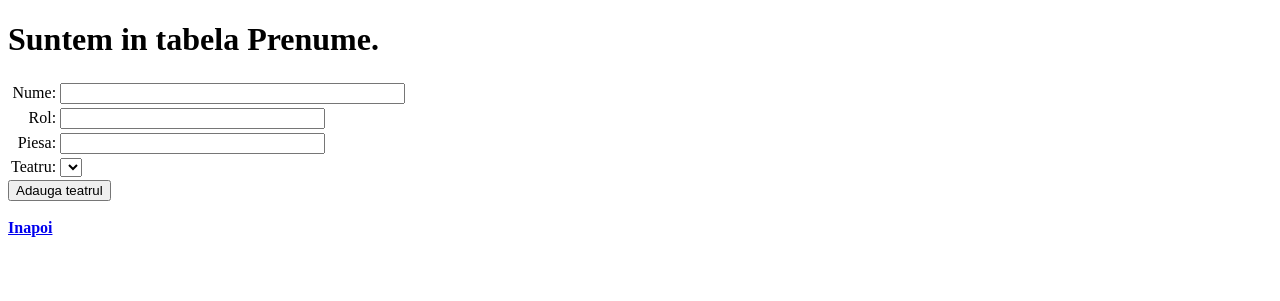
Repository: SusStefan/ActorDB
Page: http://localhost/Actori/adauga_actor.jsp
These files come from the project's save history. The page is drawn as it stood at one moment and after the next save; the edit follows.
The browser window is 1280 px wide. The pictures show the whole page.
The page is served by Tomcat 9. Queries for data that is not in the repository find no rows.

Above is the page before, as saved 2025-12-10 05:55:37.

### Actori/src/main/webapp/adauga_actor.jsp
<%@ page language="java" contentType="text/html; charset=UTF-8" pageEncoding="UTF-8"%>
<%@ page language="java" import="java.lang.*,java.math.*,db.*,java.sql.*, java.io.*, java.util.*"%>
<!DOCTYPE html PUBLIC "-//W3C//DTD HTML 4.01 Transitional//EN" "http://www.w3.org/TR/html4/loose.dtd">
<html>
 <head>
 <meta http-equiv="Content-Type" content="text/html; charset=UTF-8">
 <title>Adauga Actor</title>
 </head>
 <jsp:useBean id="jb" scope="session" class="db.JavaBean" />
 <jsp:setProperty name="jb" property="*" />
 <body>
 <%
 String Nume = request.getParameter("nume");
 String Prenume = request.getParameter("prenume");
 String Rol = request.getParameter("rol");
 String Piesa = request.getParameter("piesa");
 String Teatru = request.getParameter("teatru");
 if (Nume != null) {
 jb.connect();
 jb.adaugaactor(Nume, Prenume,Rol,Piesa,Teatru);
 jb.disconnect();
 %>
 <p>Data: Introdusa cu Succes</p><%
 } else {
 %>
 <h1> Suntem in tabela Prenume.</h1>
 <form action="adauga_teatru.jsp" method="post">
 <table>
 <tr>
 <td align="right">Nume:</td>
 <td> <input type="text" name="nume" size="40" /></td>
 </tr>
 <tr>
 <td align="right">Rol:</td>
 <td> <input type="text" name="descriere" size="30" /></td>
 </tr>
  <tr>
 <td align="right">Piesa:</td>
 <td> <input type="text" name="adresa" size="30" /></td>
 </tr>
  <tr>
 <td align="right">Teatru:</td>
 <td>
    <select name="idteatru" id="idteatru_choice">
        <%
        // 1. Get the list of cities
        jb.connect();
        ResultSet rsTeatre = jb.vedeTeatre();

        // 2. Loop through the results to create <option> tags
        while (rsTeatre.next()) {
            long id = rsTeatre.getLong("idteatru");
            String numeTeatru = rsTeatre.getString("nume");
        %>
            <option value="<%= id %>"><%= numeTeatru %></option>
        <%
        }
        rsTeatre.close();

        // IMPORTANT: Close the connection if not handled globally
        jb.disconnect();
        %>
    </select>
</td>
 </tr>
 </table>
 <input type="submit" value="Adauga teatrul" />
 </form>
 <%
 }
 %>
 <br/>
 <a href="index.html"><b>Inapoi</b></a>
 <br/>
 </body>
</html>

### Actori/src/main/java/db/JavaBean.java
/*
 * Curs3_Eclipse - Valentin Pupezescu
 */
package db;
import java.sql.*;
/**
 *
 * @author vali
 */
public class JavaBean {
	String error;
	Connection con;
	public JavaBean() {
	}
	public void connect() throws ClassNotFoundException, SQLException, Exception {
		try {
			Class.forName("com.mysql.cj.jdbc.Driver");
			con = DriverManager.getConnection("jdbc:mysql://localhost:3306/actori?useSSL=false", "root", "2005");
		} catch (ClassNotFoundException cnfe) {
			error = "ClassNotFoundException: Nu s-a gasit driverul bazei de date.";
			throw new ClassNotFoundException(error);
		} catch (SQLException cnfe) {
			error = "SQLException: Nu se poate conecta la baza de date.";
			throw new SQLException(error);
		} catch (Exception e) {
			error = "Exception: A aparut o exceptie neprevazuta in timp ce se stabilea legatura la baza de date.";
			throw new Exception(error);
		}
	} // connect()
	public void disconnect() throws SQLException {
		try {
			if (con != null) {
				con.close();
			}
		} catch (SQLException sqle) {
			error = ("SQLException: Nu se poate inchide conexiunea la baza de date.");
			throw new SQLException(error);
		}
	} // disconnect()
	public void adaugaOras(String Nume, String Tara)
			throws SQLException, Exception {
		if (con != null) {
			try {
				// creaza un "prepared SQL statement"
				Statement stmt;
				stmt = con.createStatement();
				stmt.executeUpdate("insert into orase(nume,tara) values('" +Nume
		+ "' , '" + Tara + "');");
			} catch (SQLException sqle) {
				error = "ExceptieSQL: Reactualizare nereusita; este posibil sa existe duplicate.";
				throw new SQLException(error);
			}
		} else {
			error = "Exceptie: Conexiunea cu baza de date a fost pierduta.";
			throw new Exception(error);
		}
	} // end of adaugaPacient()

	public void adaugateatru(String Nume, String Descriere, String Adresa, String Oras)
			throws SQLException, Exception {
		if (con != null) {
			try {
				// creaza un "prepared SQL statement"
				Statement stmt;
				stmt = con.createStatement();
				stmt.executeUpdate("insert into teatre(nume,descriere,adresa,idoras) values('" + Nume +
						"' , '" + Descriere + "', '" + Adresa + "', (SELECT idoras FROM orase WHERE nume = '" + Oras + "'));");
			} catch (SQLException sqle) {
				error = "ExceptieSQL: Reactualizare nereusita; este posibil sa existe duplicate.";
				throw new SQLException(error);
			}
		} else {
			error = "Exceptie: Conexiunea cu baza de date a fost pierduta.";
			throw new Exception(error);
		}
	} // end of adaugaMedic()

			public void adaugaactor(String Nume, String Prenume, String Rol, String Piesa, String Teatre)
					throws SQLException, Exception {
				if (con != null) {
					try {
						// creaza un "prepared SQL statement"
						Statement stmt;
						stmt = con.createStatement();
						stmt.executeUpdate("insert into teatre(nume,prenume,rol,piesa,idteatru) values('" + Nume +
								"' , '" + Prenume + "', '" + Rol + "', '" + Piesa +
							    "', (SELECT idteatru FROM teatre WHERE nume = '" + Teatre + "'));");
					} catch (SQLException sqle) {
						error = "ExceptieSQL: Reactualizare nereusita; este posibil sa existe duplicate.";
						throw new SQLException(error);
					}
				} else {
					error = "Exceptie: Conexiunea cu baza de date a fost pierduta.";
					throw new Exception(error);
				}
			} // end of adaugaMedic()

	public ResultSet vedeOrase() throws SQLException, Exception {
	    ResultSet rs = null;
	    try {
	        // Simple query to select the ID and Name of all cities
	        String queryString = "SELECT idoras, nume FROM orase ORDER BY nume";
	        Statement stmt = con.createStatement();
	        rs = stmt.executeQuery(queryString);
	    } catch (SQLException sqle) {
	        error = "SQLException: Interogarea oraselor nu a fost posibila.";
	        throw new SQLException(error);
	    } catch (Exception e) {
	        error = "A aparut o exceptie in timp ce se extrageau orasele.";
	        throw new Exception(error);
	    }
	    return rs;
	}

	public ResultSet vedeTabela(String tabel) throws SQLException, Exception {
		ResultSet rs = null;
		try {
			String queryString = ("select * from `actori`.`" + tabel + "`;");
			Statement stmt = con.createStatement(/*ResultSet.TYPE_SCROLL_INSENSITIVE,
ResultSet.CONCUR_READ_ONLY*/);
			rs = stmt.executeQuery(queryString);
		} catch (SQLException sqle) {
			error = "SQLException: Interogarea nu a fost posibila.";
			throw new SQLException(error);
		} catch (Exception e) {
			error = "A aparut o exceptie in timp ce se extrageau datele.";
			throw new Exception(error);
		}
		return rs;
	} // vedeTabela()
	public ResultSet vedeTeatre() throws SQLException, Exception {
		ResultSet rs = null;
		try {
			String queryString = ("select t.idteatru as idteatru"
					+ ",t.nume as nume,"
					+ "t.descriere as descriere,"
					+ "t.adresa as adresa,o.nume as oras,o.tara as tara from teatre t inner join orase o using(idoras)");
		    Statement stmt = con.createStatement(/*ResultSet.TYPE_SCROLL_INSENSITIVE,
ResultSet.CONCUR_READ_ONLY*/);
			rs = stmt.executeQuery(queryString);
		} catch (SQLException sqle) {
			error = "SQLException: Interogarea nu a fost posibila.";
			throw new SQLException(error);
		} catch (Exception e) {
			error = "A aparut o exceptie in timp ce se extrageau datele.";
			throw new Exception(error);
		}
		return rs;
	} // vedeConsultatie()

	public ResultSet vedeActori() throws SQLException, Exception {
		ResultSet rs = null;
		try {
			String queryString = ("SELECT a.idactor AS idactor, " +      // Added comma and space
			           "a.nume AS nume, " +             // Added comma and space
			           "a.prenume AS prenume, " +       // Added comma and space
			           "a.rol AS rol, " +               // Added comma and space
			           "a.piesa AS piesa, " +           // Added comma and space
			           "t.nume AS teatru, " +           // Added comma and space
			           "o.nume AS oras, " +             // Added comma and space
			           "o.tara AS tara " +              // Space before FROM clause
			    "FROM actori a, teatre t, orase o " +
			    "WHERE a.idteatru = t.idteatru AND t.idoras = o.idoras" // Correct join conditions
			);
		    Statement stmt = con.createStatement(/*ResultSet.TYPE_SCROLL_INSENSITIVE,
ResultSet.CONCUR_READ_ONLY*/);
			rs = stmt.executeQuery(queryString);
		} catch (SQLException sqle) {
			error = "SQLException: Interogarea nu a fost posibila.";
			throw new SQLException(error);
		} catch (Exception e) {
			error = "A aparut o exceptie in timp ce se extrageau datele.";
			throw new Exception(error);
		}
		return rs;
	} // vedeConsultatie()

	public void stergeDateTabela(String[] primaryKeys, String tabela, String dupaID) throws
	SQLException, Exception {
		if (con != null) {
			try {
				// creaza un "prepared SQL statement"
				long aux;
				PreparedStatement delete;
				delete = con.prepareStatement("DELETE FROM " + tabela + " WHERE " + dupaID + "=?;");
				for (int i = 0; i < primaryKeys.length; i++) {
					aux = java.lang.Long.parseLong(primaryKeys[i]);
					delete.setLong(1, aux);
					delete.execute();
				}
			} catch (SQLException sqle) {
				error = "ExceptieSQL: Reactualizare nereusita; este posibil sa existe duplicate.";
				throw new SQLException(error);
			} catch (Exception e) {
				error = "A aparut o exceptie in timp ce erau sterse inregistrarile.";
				throw new Exception(error);
			}
		} else {
			error = "Exceptie: Conexiunea cu baza de date a fost pierduta.";
			throw new Exception(error);
		}
	} // end of stergeDateTabela()
	public void stergeTabela(String tabela) throws SQLException, Exception {
		if (con != null) {
			try {
				// creaza un "prepared SQL statement"
				Statement stmt;
				stmt = con.createStatement();
				stmt.executeUpdate("delete from " + tabela + ";");
			} catch (SQLException sqle) {
				error = "ExceptieSQL: Stergere nereusita; este posibil sa existe duplicate.";
				throw new SQLException(error);
			}
		} else {
			error = "Exceptie: Conexiunea cu baza de date a fost pierduta.";
			throw new Exception(error);
		}
	} // end of stergeTabela()
	public void modificaTabela(String tabela, String IDTabela, int ID, String[] campuri, String[]
			valori) throws SQLException, Exception {
		String update = "update " + tabela + " set ";
		String temp = "";
		if (con != null) {
			try {
				for (int i = 0; i < campuri.length; i++) {
					if (i != (campuri.length - 1)) {
						temp = temp + campuri[i] + "='" + valori[i] + "', ";
					} else {
						temp = temp + campuri[i] + "='" + valori[i] + "' where " + IDTabela + "= '" + ID + "';";
					}
				}
				update = update + temp;
				// creaza un "prepared SQL statement"
				Statement stmt;
				stmt = con.createStatement();
				stmt.executeUpdate(update);
			} catch (SQLException sqle) {
				error = "ExceptieSQL: Reactualizare nereusita; este posibil sa existe duplicate.";
				throw new SQLException(error);
			}
		} else {
			error = "Exceptie: Conexiunea cu baza de date a fost pierduta.";
			throw new Exception(error);
		}
	} // end of modificaTabela()
	public ResultSet intoarceLinie(String tabela, int ID) throws SQLException, Exception {
		ResultSet rs = null;
		try {
			// Executa interogarea
			String queryString = ("SELECT * FROM " + tabela + " where idpacient=" + ID + ";");
			Statement stmt = con.createStatement(ResultSet.TYPE_SCROLL_INSENSITIVE,
					ResultSet.CONCUR_READ_ONLY);
			rs = stmt.executeQuery(queryString); //sql exception
		} catch (SQLException sqle) {
			error = "SQLException: Interogarea nu a fost posibila.";
			throw new SQLException(error);
		} catch (Exception e) {
			error = "A aparut o exceptie in timp ce se extrageau datele.";
			throw new Exception(error);
		}
		return rs;
	} // end of intoarceLinie()
	public ResultSet intoarceLinieDupaId(String tabela, String denumireId, int ID) throws
	SQLException, Exception {
		ResultSet rs = null;
		try {
			// Executa interogarea
			String queryString = ("SELECT * FROM " + tabela + " where " + denumireId + "=" + ID
					+ ";");
			Statement stmt = con.createStatement(ResultSet.TYPE_SCROLL_INSENSITIVE,
					ResultSet.CONCUR_READ_ONLY);
			rs = stmt.executeQuery(queryString); //sql exception
		} catch (SQLException sqle) {
			error = "SQLException: Interogarea nu a fost posibila.";
			throw new SQLException(error);
		} catch (Exception e) {
			error = "A aparut o exceptie in timp ce se extrageau datele.";
			throw new Exception(error);
		}
		return rs;
	} // end of intoarceLinieDupaId()
	public ResultSet intoarceConsultatieId(int ID) throws SQLException, Exception {
		ResultSet rs = null;
		try {
			// Executa interogarea
			String queryString = ("SELECT a.Nume NumePacient, a.Prenume PrenumePacient, a.Adresa,b.Nume NumeMedic, b.Prenume PrenumeMedic, b.Sectie, c.idconsultatie, c.idmedic idmedic_consult,c.idpacient idpacient_consult, dataconsultatie, diagnostic, medicament FROM pacienti a, medici b,consultatie c WHERE a.idpacient = c.idpacient AND b.idmedic = c.idmedic and idconsultatie = '" +ID + "';");
			Statement stmt = con.createStatement(ResultSet.TYPE_SCROLL_INSENSITIVE,
					ResultSet.CONCUR_READ_ONLY);
			rs = stmt.executeQuery(queryString); //sql exception
		} catch (SQLException sqle) {
			error = "SQLException: Interogarea nu a fost posibila.";
			throw new SQLException(error);
		} catch (Exception e) {
			error = "A aparut o exceptie in timp ce se extrageau datele.";
			throw new Exception(error);
		}
		return rs;
	} // end of intoarceLinieDupaId()
}

After the next save:
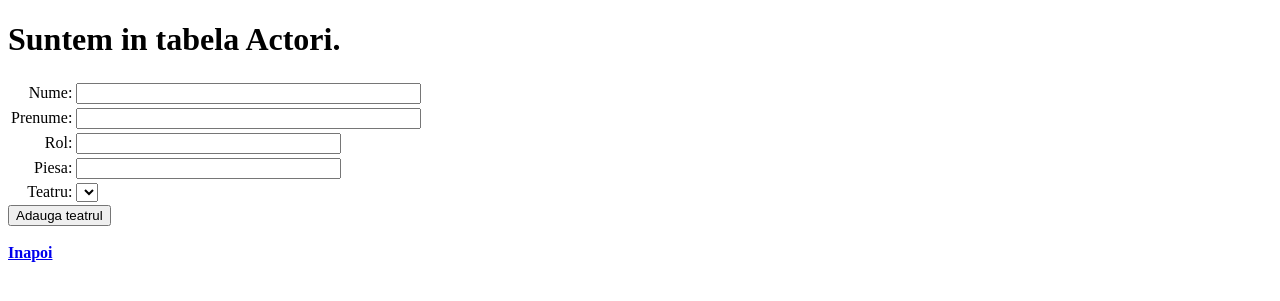
Saved 94 s later.
--- a/Actori/src/main/webapp/adauga_actor.jsp
+++ b/Actori/src/main/webapp/adauga_actor.jsp
@@ -23,7 +23,7 @@
  <p>Data: Introdusa cu Succes</p><%
  } else {
  %>
- <h1> Suntem in tabela Prenume.</h1>
+ <h1> Suntem in tabela Actori.</h1>
  <form action="adauga_teatru.jsp" method="post">
  <table>
  <tr>
@@ -31,12 +31,16 @@
  <td> <input type="text" name="nume" size="40" /></td>
  </tr>
  <tr>
+ <td align="right">Prenume:</td>
+ <td> <input type="text" name="prenume" size="40" /></td>
+ </tr>
+ <tr>
  <td align="right">Rol:</td>
- <td> <input type="text" name="descriere" size="30" /></td>
+ <td> <input type="text" name="rol" size="30" /></td>
  </tr>
   <tr>
  <td align="right">Piesa:</td>
- <td> <input type="text" name="adresa" size="30" /></td>
+ <td> <input type="text" name="piesa" size="30" /></td>
  </tr>
   <tr>
  <td align="right">Teatru:</td>
